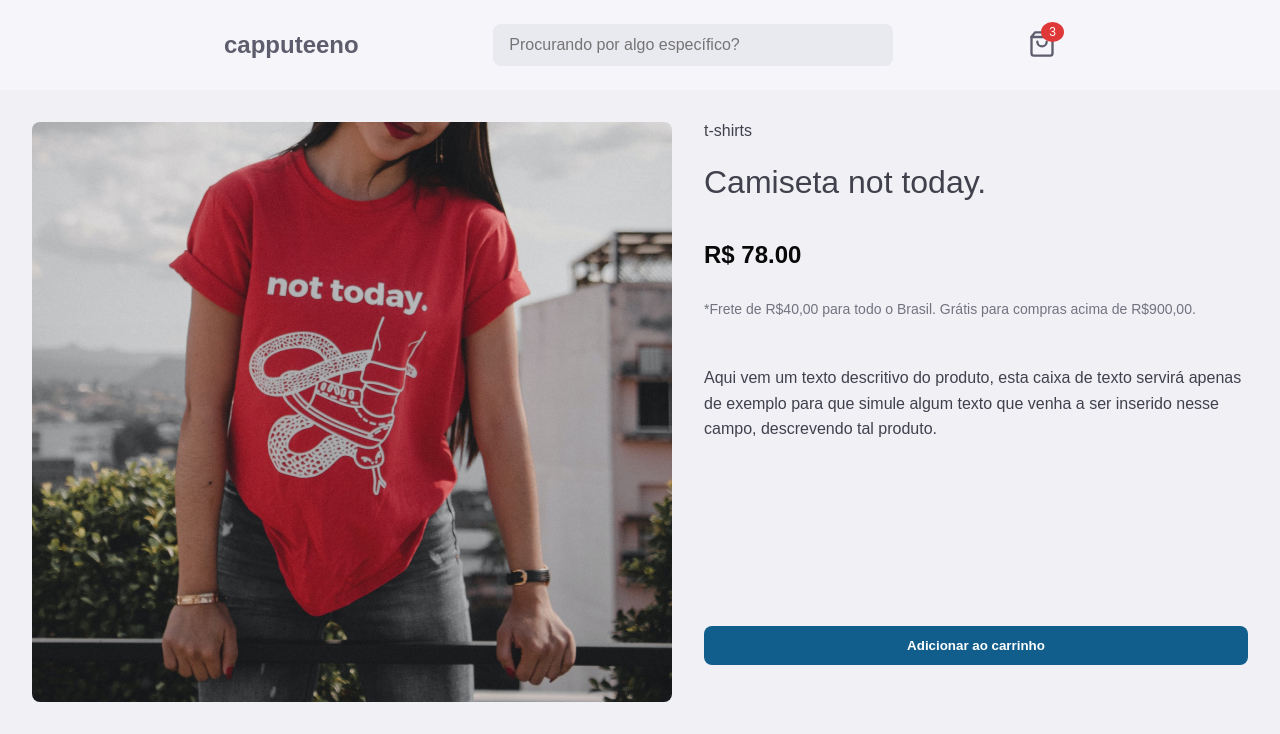
Repository: Biel-barbosa/capputeenoecomerce
Page: /product/1
The author's editor kept a copy of each file at every save. The page is drawn from the files as they stood at one save, then again after the next save.
The browser window is 1280 px wide. The pictures show the whole page.
The project was rebuilt for these pictures with package versions that can differ from the ones it lists, and the page was loaded fresh each time. The framework's server and built-in components were replaced by stand-ins that run in the browser. Also part of the build but not shown: next.config.ts.

Above is the page before, as saved 2025-04-23 13:04:16.

### src/app/layout.tsx
import type { Metadata } from "next";
import { Geist, Geist_Mono } from "next/font/google";
import "./globals.css";


const geistSans = Geist({
  variable: "--font-geist-sans",
  subsets: ["latin"],
});

const geistMono = Geist_Mono({
  variable: "--font-geist-mono",
  subsets: ["latin"],
});

export const metadata: Metadata = {
  title: "Create Next App",
  description: "Generated by create next app",
};

export default function RootLayout({
  children,
}: Readonly<{
  children: React.ReactNode;
}>) {
  return (
    <html lang="en">
      <body className={`${geistSans.variable} ${geistMono.variable}`}>
        {children}
      </body>
    </html>
  );
}

### src/app/product/[id]/page.tsx
'use client';

import { useParams } from 'next/navigation';
import styled from 'styled-components';
import { products, Product } from '@/data/products';
import Header from '@/components/Header';

const PageWrapper = styled.div`
  background-color: #f0f0f5;
  min-height: 100vh; /* Garante que a altura mínima seja 100% da tela */
  display: flex;
  flex-direction: column;
`;

const Container = styled.div`
  max-width: 1440px;
  margin: 2rem auto;
  padding: 0 2rem;
  display: flex;
  gap: 2rem;
  flex-wrap: wrap;
  justify-content: space-between;
  flex: 1; /* Garante que esse container ocupe todo o espaço restante */
`;

const Image = styled.img`
  width: 100%;
  max-width: 640px;
  height: auto;
  object-fit: cover;
  border-radius: 8px;
  background: #f3f3f3;
`;

const Info = styled.div`
  display: flex;
  flex-direction: column;
  justify-content: flex-start;
  max-width: 600px;
  flex: 1;
  color: #41414D;
  gap: 1.5rem;
`;

const Title = styled.h1`
  font-size: 2rem;
  font-weight: 500;
  color: #41414D;
`;

const Description = styled.p`
  margin-top: 1.5rem;
  color: #41414D;
  line-height: 1.6;
`;

const Price = styled.strong`
  font-size: 1.5rem;
  color: #09090a;
  margin-top: 1rem;
`;

const Freight = styled.span`
  margin-top: 0.5rem;
  font-size: 0.875rem;
  color: #737380;
`;

const Button = styled.button`
  margin-top: 10rem;
  padding: 0.75rem 1rem;
  background-color: #115d8c;
  color: white;
  font-weight: bold;
  border: none;
  border-radius: 8px;
  cursor: pointer;
  transition: background 0.2s ease;

  &:hover {
    background-color: #0d4c74;
  }
`;

export default function ProductDetailPage() {
    const params = useParams();
    const id = typeof params.id === 'string' ? params.id : '';
    const product = products.find((p: Product) => p.id === id);

    if (!product) return <div>Produto não encontrado.</div>;

    const handleAddToCart = () => {
        const cart = JSON.parse(localStorage.getItem('cart') || '[]');
        const updatedCart = [...cart, product];
        localStorage.setItem('cart', JSON.stringify(updatedCart));
        alert('Produto adicionado ao carrinho!');
    };

    return (
        <PageWrapper>
            <Header />
            <Container>
                <Image src={product.image} alt={product.title} />
                <Info>
                    <span>{product.category}</span>
                    <Title>{product.title}</Title>
                    <Price>R$ {product.price.toFixed(2)}</Price>
                    <Freight>
                        *Frete de R$40,00 para todo o Brasil. Grátis para compras acima de R$900,00.
                    </Freight>
                    <Description>
                        Aqui vem um texto descritivo do produto, esta caixa de texto servirá apenas de exemplo
                        para que simule algum texto que venha a ser inserido nesse campo, descrevendo tal produto.
                    </Description>
                    <Button onClick={handleAddToCart}>
                        Adicionar ao carrinho
                    </Button>
                </Info>
            </Container>
        </PageWrapper>
    );
}

### src/data/products.ts
export type Product = {
    id: string;
    title: string;
    image: string;
    price: number;
    category: 't-shirts' | 'mugs';
    description: string;
    createdAt: Date;
    sales: number;
};

export const products: Product[] = [
    {
        id: '1',
        title: 'Camiseta not today.',
        image: '/images/Camiseta-not-today.jpg',
        price: 78.0,
        category: 't-shirts',
        description: 'Aqui vem um texto descritivo do produto, esta caixa de texto servirá apenas de exemplo para que simule algum texto que venha a ser inserido nesse campo, descrevendo tal produto.',
        createdAt: new Date('2024-03-01'),
        sales: 30,
    },
    {
        id: '2',
        title: 'Caneca rústica',
        image: '/images/Caneca-ceramica-rustica.jpg',
        price: 40.0,
        category: 'mugs',
        description: 'Aqui vem um texto descritivo do produto, esta caixa de texto servirá apenas de exemplo para que simule algum texto que venha a ser inserido nesse campo, descrevendo tal produto.',
        createdAt: new Date('2024-04-10'),
        sales: 80,
    },
    {
        id: '3',
        title: 'Camiseta Broken Saints',
        image: '/images/Camiseta-broken-saints.jpg',
        price: 58.0,
        category: 't-shirts',
        description: 'Aqui vem um texto descritivo do produto, esta caixa de texto servirá apenas de exemplo para que simule algum texto que venha a ser inserido nesse campo, descrevendo tal produto.',
        createdAt: new Date('2024-01-15'),
        sales: 45,
    },
    {
        id: '4',
        title: 'Caneca Black Ring',
        image: '/images/Caneca-Black-Ring.jpg',
        price: 32.0,
        category: 'mugs',
        description: 'Aqui vem um texto descritivo do produto, esta caixa de texto servirá apenas de exemplo para que simule algum texto que venha a ser inserido nesse campo, descrevendo tal produto.',
        createdAt: new Date('2024-02-20'),
        sales: 60,
    },
    {
        id: '5',
        title: 'Camiseta Outcast',
        image: '/images/Camiseta-outcast.jpg',
        price: 89.9,
        category: 't-shirts',
        description: 'Aqui vem um texto descritivo do produto, esta caixa de texto servirá apenas de exemplo para que simule algum texto que venha a ser inserido nesse campo, descrevendo tal produto.',
        createdAt: new Date('2024-04-05'),
        sales: 50,
    },
    {
        id: '6',
        title: 'Caneca The Grounds',
        image: '/images/Caneca-The-Grounds.jpg',
        price: 85.0,
        category: 'mugs',
        description: 'Aqui vem um texto descritivo do produto, esta caixa de texto servirá apenas de exemplo para que simule algum texto que venha a ser inserido nesse campo, descrevendo tal produto.',
        createdAt: new Date('2024-03-10'),
        sales: 75,
    },
    {
        id: '7',
        title: 'Camiseta evening',
        image: '/images/Camiseta-evening.jpg',
        price: 69.9,
        category: 't-shirts',
        description: 'Aqui vem um texto descritivo do produto, esta caixa de texto servirá apenas de exemplo para que simule algum texto que venha a ser inserido nesse campo, descrevendo tal produto.',
        createdAt: new Date('2024-03-11'),
        sales: 62,
    },
    {
        id: '8',
        title: 'Caneca preto fosco',
        image: '/images/Caneca-preto-fosco.jpg',
        price: 28.0,
        category: 'mugs',
        description: 'Aqui vem um texto descritivo do produto, esta caixa de texto servirá apenas de exemplo para que simule algum texto que venha a ser inserido nesse campo, descrevendo tal produto.',
        createdAt: new Date('2024-03-12'),
        sales: 58,
    },
    {
        id: '9',
        title: 'Caneca Never settle',
        image: '/images/Caneca-Never-settle.jpg',
        price: 43.0,
        category: 'mugs',
        description: 'Aqui vem um texto descritivo do produto, esta caixa de texto servirá apenas de exemplo para que simule algum texto que venha a ser inserido nesse campo, descrevendo tal produto.',
        createdAt: new Date('2024-03-13'),
        sales: 54,
    },
    {
        id: '10',
        title: 'Caneca Rocketseat',
        image: '/images/Caneca-Decaf!-P&Co.jpg',
        price: 59.9,
        category: 'mugs',
        description: 'Aqui vem um texto descritivo do produto, esta caixa de texto servirá apenas de exemplo para que simule algum texto que venha a ser inserido nesse campo, descrevendo tal produto.',
        createdAt: new Date('2024-03-14'),
        sales: 48,
    },
    {
        id: '11',
        title: 'Camiseta DREAMER',
        image: '/images/Camiseta-DREAMER.jpg',
        price: 55.0,
        category: 't-shirts',
        description: 'Aqui vem um texto descritivo do produto, esta caixa de texto servirá apenas de exemplo para que simule algum texto que venha a ser inserido nesse campo, descrevendo tal produto.',
        createdAt: new Date('2024-03-15'),
        sales: 52,
    },
    {
        id: '12',
        title: 'Caneca Decaf! P&Co',
        image: '/images/Caneca-Decaf!-P&Co.jpg',
        price: 32.0,
        category: 'mugs',
        description: 'Aqui vem um texto descritivo do produto, esta caixa de texto servirá apenas de exemplo para que simule algum texto que venha a ser inserido nesse campo, descrevendo tal produto.',
        createdAt: new Date('2024-03-16'),
        sales: 70,
    },
    {
        id: '13',
        title: 'Camiseta javaScript',
        image: '/images/Camiseta-not-today.jpg',
        price: 13.0,
        category: 't-shirts',
        description: 'Aqui vem um texto descritivo do produto, esta caixa de texto servirá apenas de exemplo para que simule algum texto que venha a ser inserido nesse campo, descrevendo tal produto.',
        createdAt: new Date('2024-03-16'),
        sales: 70,
    },
    {
        id: '14',
        title: 'Caneca phyton',
        image: '/images/Caneca-Black-Ring.jpg',
        price: 22.0,
        category: 'mugs',
        description: 'Aqui vem um texto descritivo do produto, esta caixa de texto servirá apenas de exemplo para que simule algum texto que venha a ser inserido nesse campo, descrevendo tal produto.',
        createdAt: new Date('2024-03-16'),
        sales: 70,
    },
];

export function getProductById(id: string) {
    return products.find((product) => product.id === id);
}

### src/components/Header.tsx
'use client';
import styled from 'styled-components';
import { FiShoppingBag } from 'react-icons/fi';

type HeaderProps = {
  onSearch?: (value: string) => void;
};

const HeaderContainer = styled.header`
  width: 100%;
  padding: 1.5rem 14rem;
  display: flex;
  align-items: center;
  justify-content: space-between;
  background-color: #f5f5fa;
  flex-wrap: wrap;
  gap: 1rem;
`;

const Logo = styled.h1`
  font-size: 1.5rem;
  font-weight: 600;
  color: #5d5d6d;
`;

const SearchInput = styled.input`
  flex: 1;
  max-width: 400px;
  margin: 0 2rem;
  padding: 0.75rem 1rem;
  border: none;
  border-radius: 8px;
  background: #e9e9f0;
  font-size: 1rem;
  color: #737380;

  &:focus {
    outline: 2px solid #115d8c;
  }

  @media (max-width: 768px) {
    margin: 0;
    width: 100%;
    order: 3;
  }
`;

const CartButton = styled.button`
  position: relative;
  background: none;
  border: none;
  cursor: pointer;

  svg {
    font-size: 1.75rem;
    color: #5d5d6d;
  }
`;

const CartCount = styled.span`
  position: absolute;
  top: -8px;
  right: -8px;
  background-color: #de3838;
  color: white;
  border-radius: 50%;
  font-size: 0.75rem;
  padding: 0.25rem 0.5rem;
  line-height: 1;
`;

const Header = ({ onSearch }: HeaderProps) => {
  const cartItemCount = 3; // Trocar por dados reais depois

  return (
    <HeaderContainer>
      <Logo>capputeeno</Logo>

      <SearchInput
        type="text"
        placeholder="Procurando por algo específico?"
        onChange={(e) => onSearch?.(e.target.value)}
      />

      <CartButton>
        <FiShoppingBag />
        <CartCount>{cartItemCount}</CartCount>
      </CartButton>
    </HeaderContainer>
  );
};

export default Header;

Loaded but not shown: src/app/globals.css (common file)

After the next save:
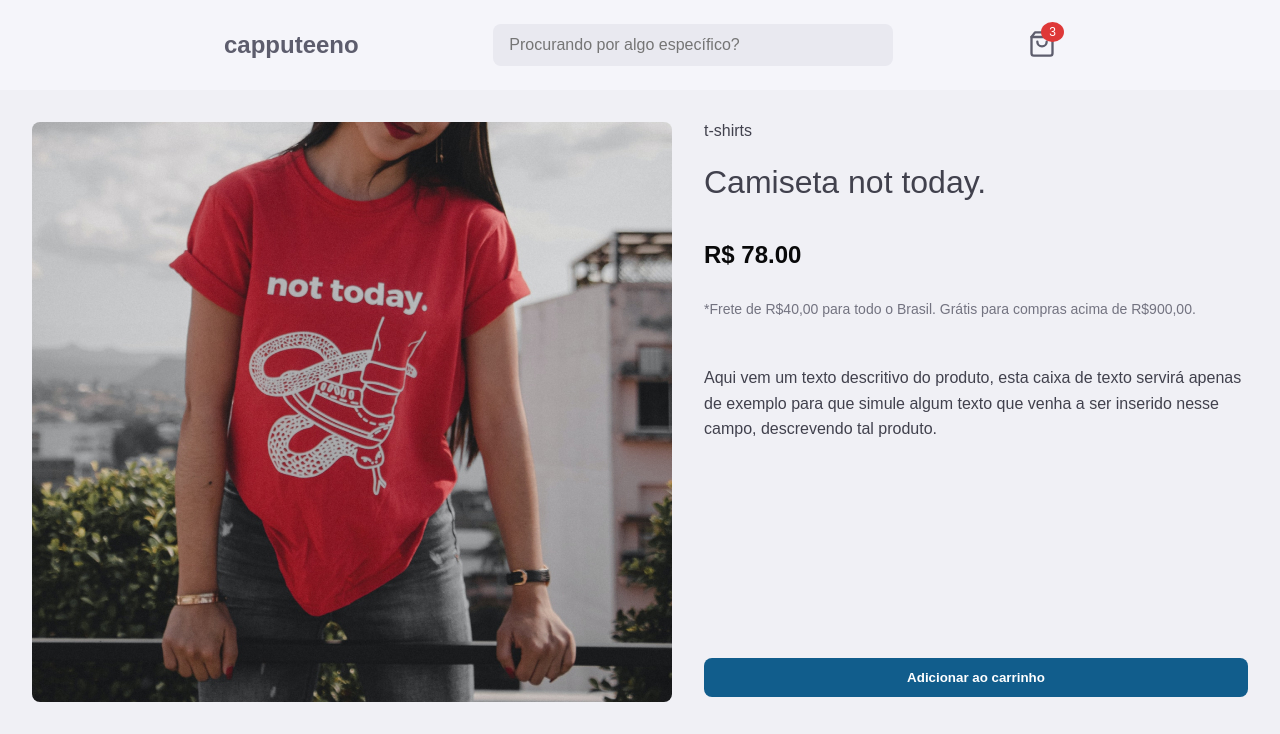
Saved 9 s later.
--- a/src/app/product/[id]/page.tsx
+++ b/src/app/product/[id]/page.tsx
@@ -67,7 +67,7 @@ const Freight = styled.span`
 `;
 
 const Button = styled.button`
-  margin-top: 10rem;
+  margin-top: 12rem;
   padding: 0.75rem 1rem;
   background-color: #115d8c;
   color: white;
